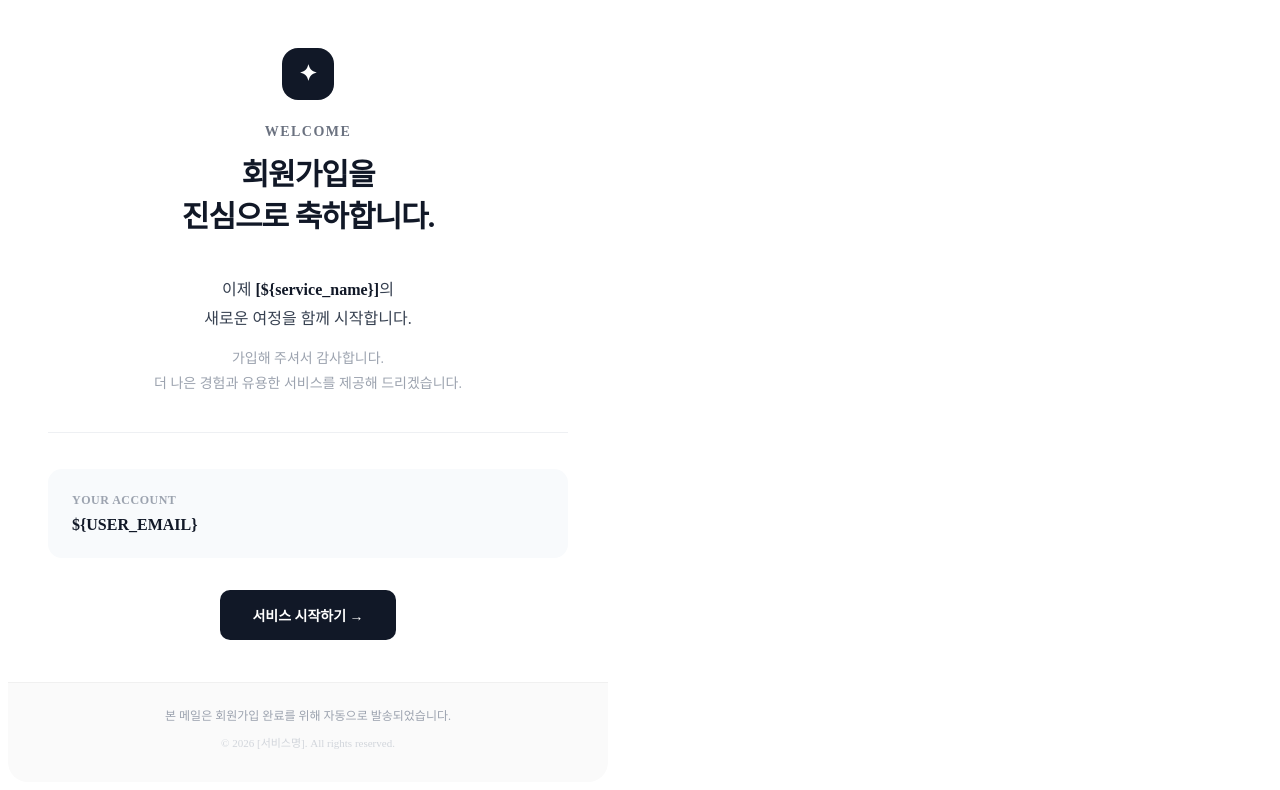
Repository: devlearncampus/gallery
Page: model1/src/main/webapp/admin/result.html
An editor plug-in stored every save of this project. The page is shown before and after the next save, followed by the edit.
The browser window is 1280 px wide. The pictures show the whole page.

Above is the page before, as saved 2026-09-23 04:12:10.

After the next save:
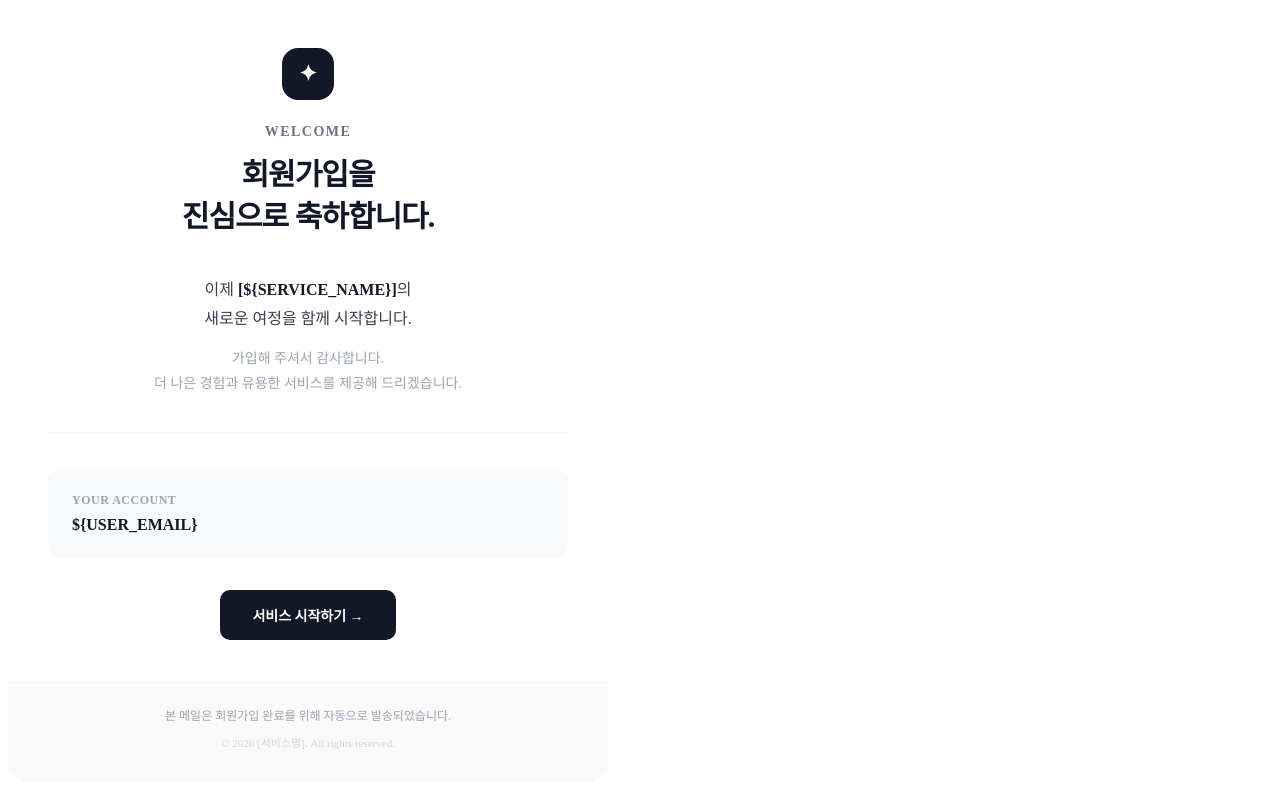
Saved 15 s later.
--- a/model1/src/main/webapp/admin/result.html
+++ b/model1/src/main/webapp/admin/result.html
@@ -64,7 +64,7 @@
             color:#374151;
             text-align:center;
           ">
-            이제 <strong style="color:#111827;">[${service_name}]</strong>의<br>
+            이제 <strong style="color:#111827;">[${SERVICE_NAME}]</strong>의<br>
             새로운 여정을 함께 시작합니다.
           </p>
 
